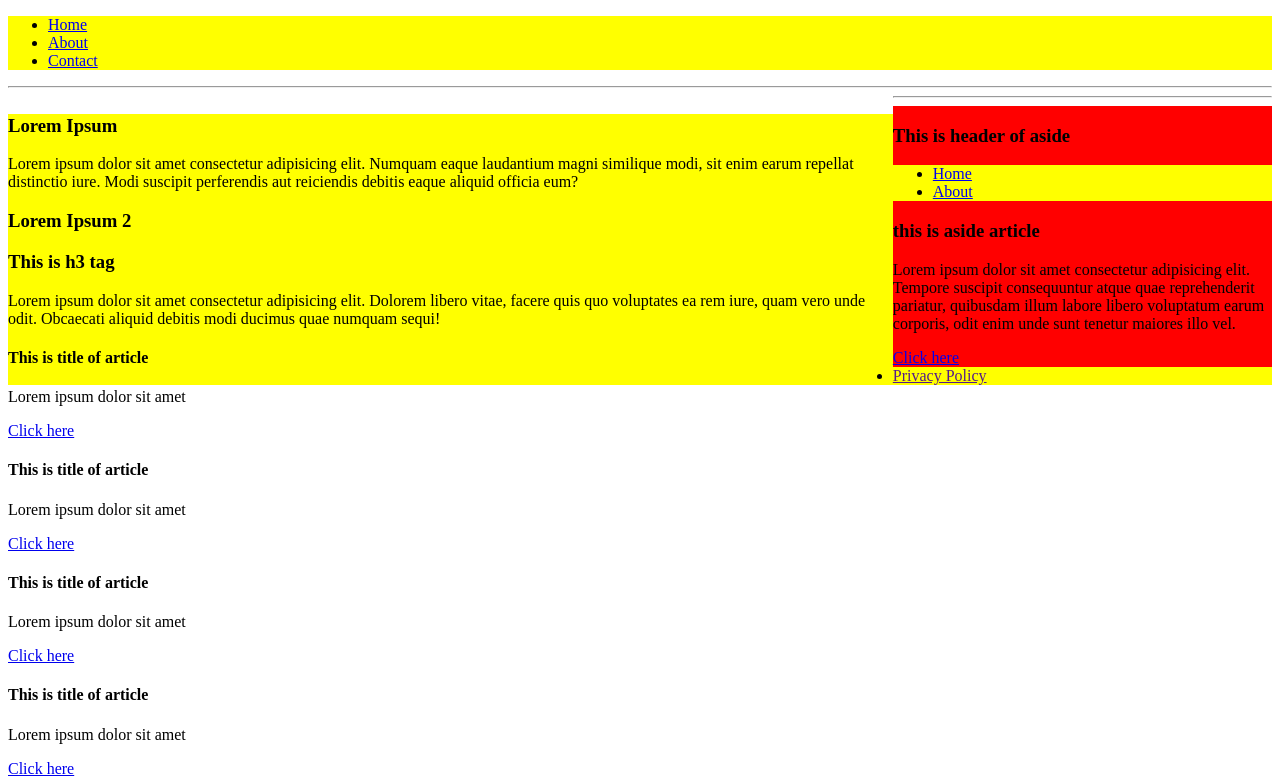
Repository: fisikusari/test-repo
Page: index.html
These files come from the project's save history. The page is drawn as it stood at one moment and after the next save; the edit follows.
The browser window is 1280 px wide. The pictures show the whole page.

Above is the page before, as saved 2021-11-11 18:23:23.

After the next save:
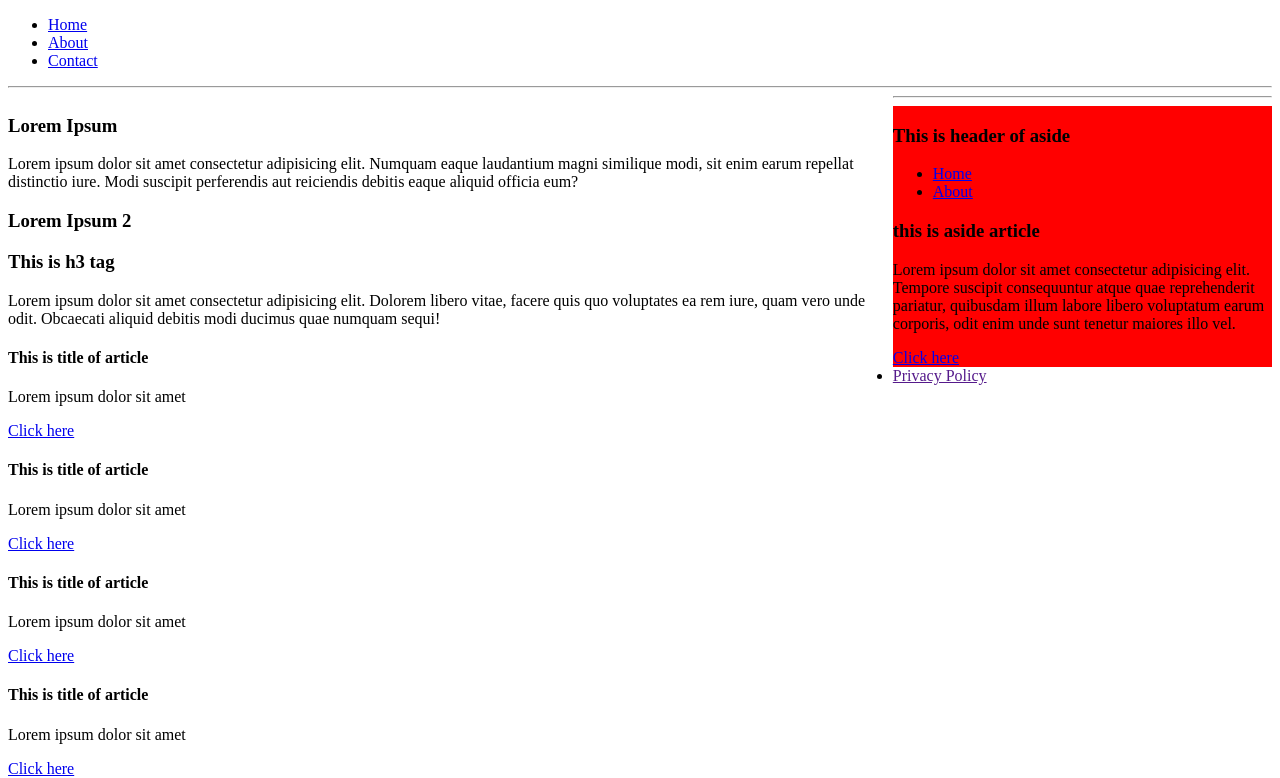
Saved 20 s later.
--- a/index.html
+++ b/index.html
@@ -18,7 +18,7 @@
 <style>
   nav {
     width: 100%;
-    background: yellow;
+    /* background: yellow; */
   }
 
   .main {
